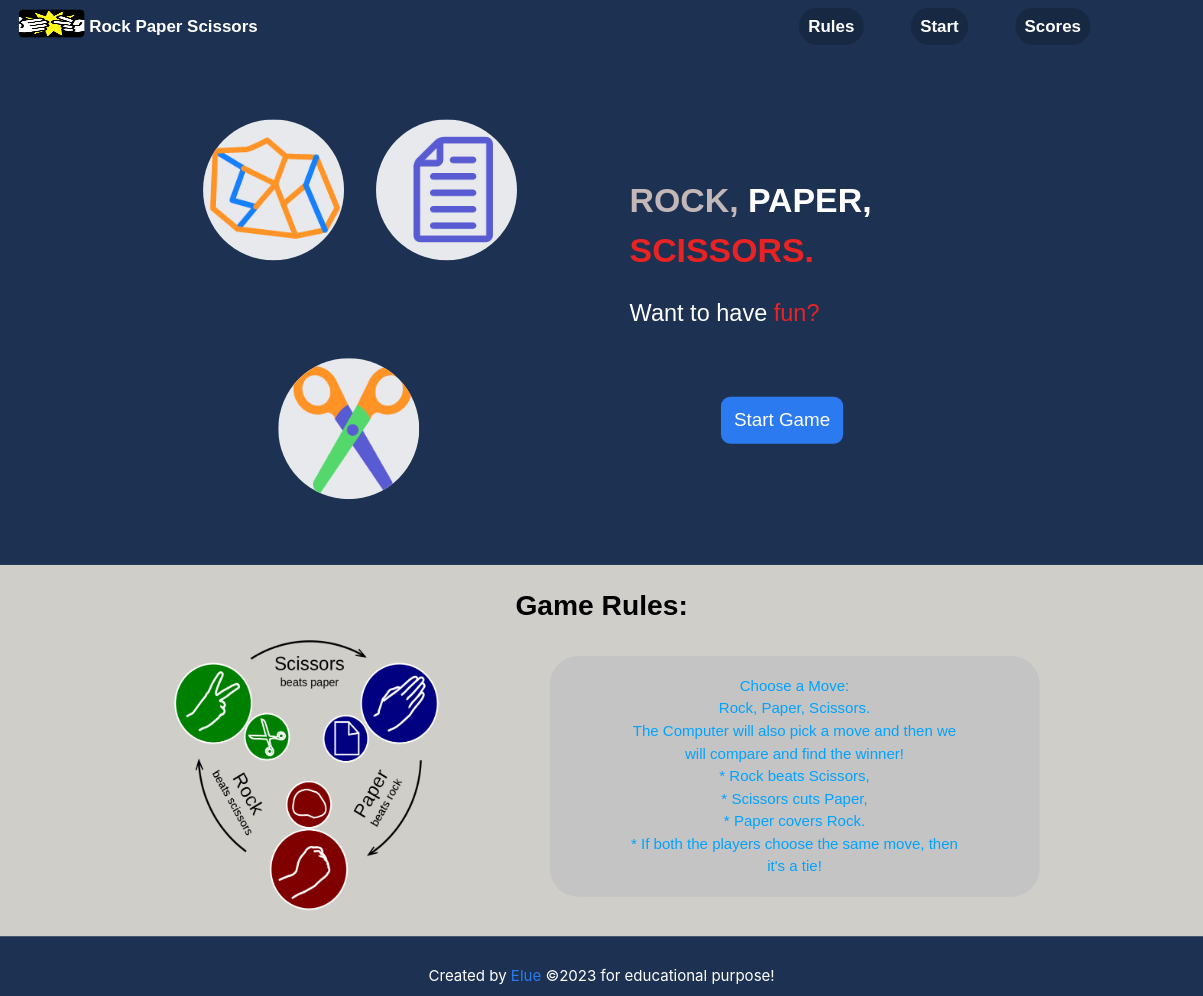
Repository: MikkyPrestige/rock-paper-scissors
Page: index.html
An editor plug-in stored every save of this project. The page is shown before and after the next save, followed by the edit.
The browser window is 1280 px wide. The pictures show the whole page, at 94% of full size.

Above is the page before, as saved 2023-05-08 06:07:05.

After the next save:
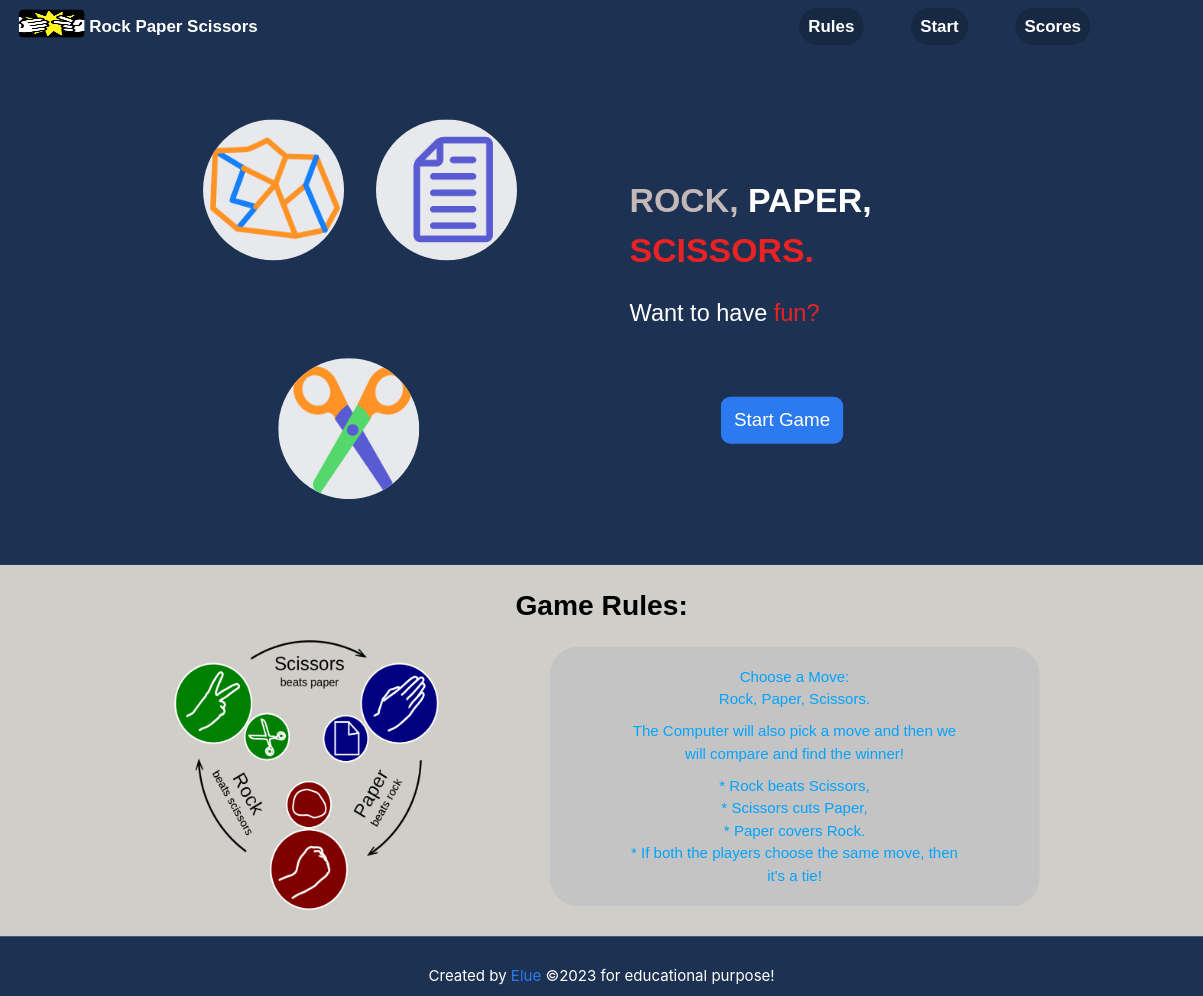
Saved 52 s later.
--- a/index.css
+++ b/index.css
@@ -234,8 +234,13 @@ li a:hover {
   -moz-border-radius: 3rem;
   -ms-border-radius: 3rem;
   -o-border-radius: 3rem;
-
-}
+  display: flex;
+  flex-direction: column;
+  justify-content: center;
+  align-items: center;
+  gap: 1rem;
+}
+
 .rule--text {
   color: rgba(0, 163, 255, 1);
 }
